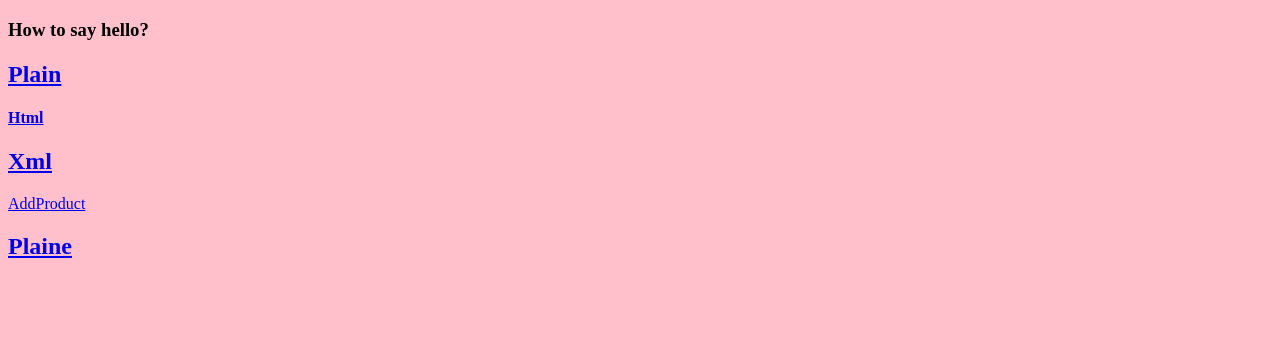
Repository: Pallavijoshii/Zen_Training
Page: RESTfulWebServices/TrivagoHotels/WebContent/index.html
An editor plug-in stored every save of this project. The page is shown before and after the next save, followed by the edit.
The browser window is 1280 px wide. The pictures show the whole page.

Above is the page before, as saved 2019-07-25 19:36:03.

### RESTfulWebServices/TrivagoHotels/WebContent/index.html
<!DOCTYPE html>
<html>
<head>
<meta charset="ISO-8859-1">
<title>Trivago Home</title>
<style type="text/css">
body {
  background-color:pink;

}

</style>

</head>
<body>
 <h3>How to say hello?</h3>
 <h2><a href="http://localhost:8084/HelloServices/zenrest/zenHello">Plain</a></h2>
 <h4><a href="http://localhost:8084/HelloServices/zenrest/zenHello/welcome">Html</a></h4>
 <h2><a href="http://localhost:8084/HelloServices/zenrest/zenHellowelcomexml">Xml</a></h2>

 <p><a href="AddProduct.html">AddProduct</a></p>
 <h2><a href="http://localhost:8084/HelloServices/zenrest/file/txt">Plaine</a></h2>

</body>
</html>

After the next save:
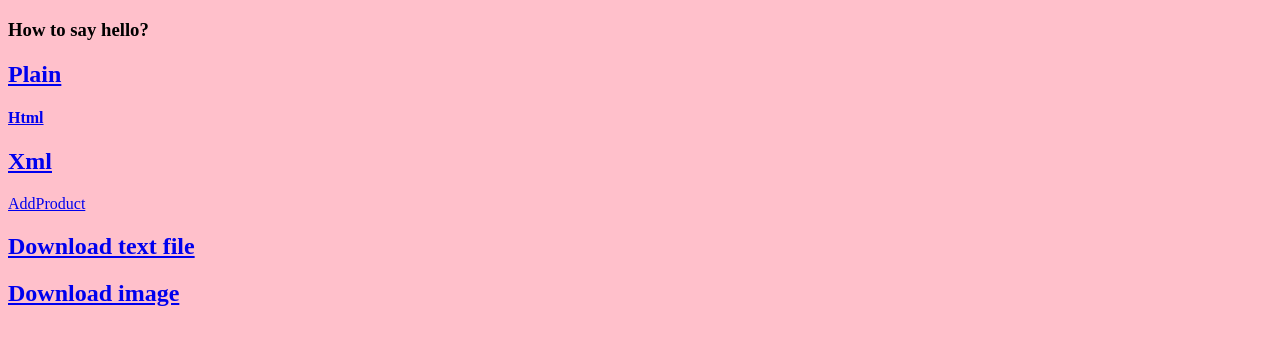
Saved 9 min 56 s later.
--- a/RESTfulWebServices/TrivagoHotels/WebContent/index.html
+++ b/RESTfulWebServices/TrivagoHotels/WebContent/index.html
@@ -19,7 +19,8 @@ body {
  <h2><a href="http://localhost:8084/HelloServices/zenrest/zenHellowelcomexml">Xml</a></h2>
 
  <p><a href="AddProduct.html">AddProduct</a></p>
- <h2><a href="http://localhost:8084/HelloServices/zenrest/file/txt">Plaine</a></h2>
+ <h2><a href="http://localhost:8084/HelloServices/zenrest/file/txt">Download text file</a></h2>
+  <h2><a href="http://localhost:8084/HelloServices/zenrest/file/txt">Download image</a></h2>
 
 </body>
 </html>
